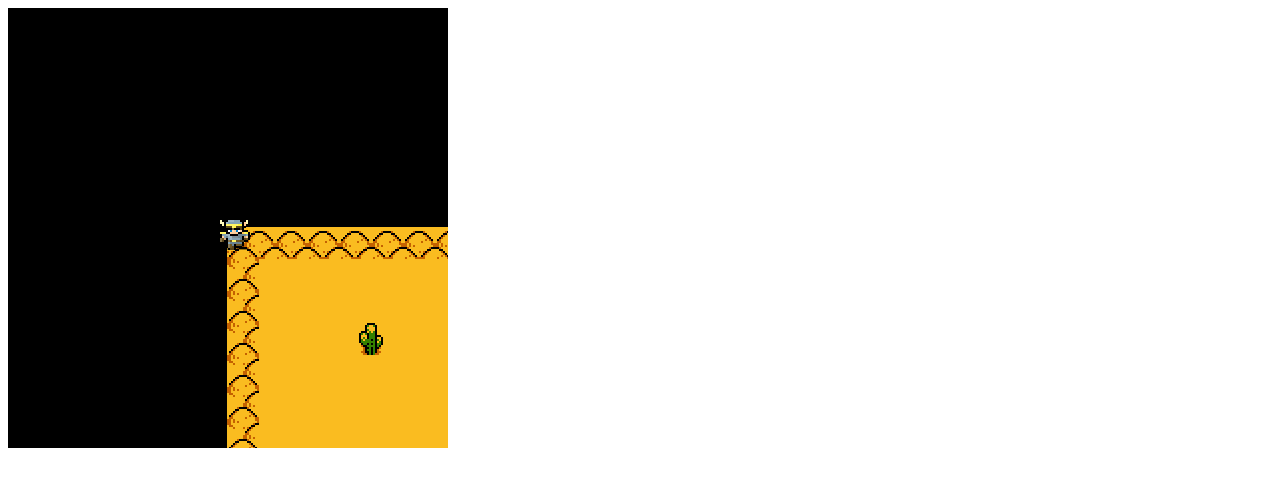
Repository: chriswickett/western
Page: index.html
The author's editor kept a record of every edit. The page is drawn from the files as they stood at one moment, then again after the next edit.
The browser window is 1280 px wide. The pictures show the whole page.
After loading, the first visible `#game` was clicked once.

Above is the page before.

### index.html
<!DOCTYPE>
<html>
  <head>
    <title>Wickett RPG Game v1</title>
  </head>
  <body>
    <canvas id='game' width='440' height='440'></canvas>
    <script src='helpers/helpers.js'></script>
    <script src="player.js"></script>
    <script src='level1.js'></script>
    <script src="map.js"></script>
    <script src='game.js'></script>
  </body>
</html>

### helpers/helpers.js
// Check is a point (with an X and Y value) is in a polygon
var isPointInPoly = function (poly, point){
  for(var c = false, i = -1, l = poly.length, j = l - 1; ++i < l; j = i)
    ((poly[i].y <= point.y && point.y < poly[j].y) || (poly[j].y <= point.y && point.y < poly[i].y))
    && (point.x < (poly[j].x - poly[i].x) * (point.y - poly[i].y) / (poly[j].y - poly[i].y) + poly[i].x)
    && (c = !c);
  return c;
}

// Calculate the distance between any two objects
var distanceBetween = function(a, b) {
  var xDist = Math.abs(a.x - b.x);
  var yDist = Math.abs(a.y - b.y);
  return Math.sqrt(xDist * xDist + yDist * yDist);
};

// Handy area transition function. Everything that happens when you change areas happens in here.
var travelTo = function(targetArea, direction) {
   target.active = false;
   currentArea = targetArea;
   player.x = currentArea.startpoints[direction].x;
   player.y = currentArea.startpoints[direction].y;
   camera.reset();
}

### player.js
var playerImage = new Image();
var playerReady = false;

playerImage.onload = function() {
  playerReady = true;
};

playerImage.src = "images/hero.png";

var player = {
  x: null,
  y: null,
  width: 20,
  height: 20,
  color: "blue",
  speed: 2,
  vector: null
};

### level1.js
var level1 = {"objects":[
  {
   "height":0,
   "name":"",
   "polygon":[
          {
           "x":0,
           "y":0
          },
          {
           "x":16,
           "y":16
          },
          {
           "x":33,
           "y":-4
          },
          {
           "x":46,
           "y":14
          },
          {
           "x":66,
           "y":-4
          },
          {
           "x":82,
           "y":18
          },
          {
           "x":98,
           "y":-4
          },
          {
           "x":108,
           "y":12
          },
          {
           "x":119,
           "y":13
          },
          {
           "x":126,
           "y":37
          },
          {
           "x":112,
           "y":49
          },
          {
           "x":95,
           "y":62
          },
          {
           "x":69,
           "y":93
          },
          {
           "x":48,
           "y":88
          },
          {
           "x":29,
           "y":93
          },
          {
           "x":13,
           "y":84
          },
          {
           "x":1,
           "y":95
          },
          {
           "x":-14,
           "y":92
          },
          {
           "x":-16,
           "y":76
          },
          {
           "x":-30,
           "y":75
          },
          {
           "x":-30,
           "y":58
          },
          {
           "x":-12,
           "y":48
          },
          {
           "x":-34,
           "y":36
          },
          {
           "x":-25,
           "y":21
          }],
   "properties":
      {

      },
   "rotation":0,
   "type":"",
   "visible":true,
   "width":0,
   "x":194,
   "y":354
  },
  {
   "height":0,
   "name":"",
   "polygon":[
          {
           "x":0,
           "y":0
          },
          {
           "x":18,
           "y":-5
          },
          {
           "x":18,
           "y":24
          },
          {
           "x":-2,
           "y":26
          }],
   "properties":
      {

      },
   "rotation":0,
   "type":"",
   "visible":true,
   "width":0,
   "x":199,
   "y":70
  },
  {
   "height":0,
   "name":"",
   "polygon":[
          {
           "x":0,
           "y":0
          },
          {
           "x":15,
           "y":11
          },
          {
           "x":15,
           "y":30
          },
          {
           "x":-12,
           "y":30
          },
          {
           "x":-12,
           "y":13
          }],
   "properties":
      {

      },
   "rotation":0,
   "type":"",
   "visible":true,
   "width":0,
   "x":334,
   "y":32
  },
  {
   "height":0,
   "name":"",
   "polygon":[
          {
           "x":0,
           "y":0
          },
          {
           "x":8,
           "y":8
          },
          {
           "x":8,
           "y":31
          },
          {
           "x":-13,
           "y":31
          },
          {
           "x":-13,
           "y":13
          }],
   "properties":
      {

      },
   "rotation":0,
   "type":"",
   "visible":true,
   "width":0,
   "x":431,
   "y":128
  },
  {
   "height":0,
   "name":"",
   "polygon":[
          {
           "x":0,
           "y":0
          },
          {
           "x":42,
           "y":34
          },
          {
           "x":44,
           "y":63
          },
          {
           "x":17,
           "y":61
          },
          {
           "x":17,
           "y":31
          },
          {
           "x":-13,
           "y":29
          },
          {
           "x":-14,
           "y":9
          }],
   "properties":
      {

      },
   "rotation":0,
   "type":"",
   "visible":true,
   "width":0,
   "x":531,
   "y":193
  },
  {
   "height":0,
   "name":"",
   "polygon":[
          {
           "x":0,
           "y":0
          },
          {
           "x":26,
           "y":-8
          },
          {
           "x":33,
           "y":0
          },
          {
           "x":31,
           "y":20
          },
          {
           "x":10,
           "y":24
          },
          {
           "x":3,
           "y":24
          }],
   "properties":
      {

      },
   "rotation":0,
   "type":"",
   "visible":true,
   "width":0,
   "x":607,
   "y":326
  }]
}

### map.js
var map = {
  x: 0,
  y: 0,
  noTread: level1,
  image: new Image(),
  ready: false,
 polygons: []
}

map.image.onload = function() {
  map.ready = true;
  player.x = 100;
  player.y = 100;
};

map.image.src = "images/level1.png";

for (i in  map.noTread.objects) {
  var object =  map.noTread.objects[i];
  var newPolygon = [];

  for (i in object.polygon) {
    var coordinates = object.polygon[i];
    newPolygon.push({
      x: coordinates.x + object.x,
      y: coordinates.y + object.y
    });
  };

  map.polygons.push(newPolygon);
}

### game.js
var canvas = document.getElementById("game");
var ctx = canvas.getContext("2d");

// Target cursor

var target = {
  x: player.x,
  y: player.y,
  color: "black",
  width:  10,
  height: 10,
  active: false
}

var camera = {
  x: 0,
  y: 0
}

canvas.addEventListener("click", function(click) {

  var click = {
    x: click.layerX,
    y: click.layerY
  }

  // Set target
  target.x = click.x
  target.y = click.y
  target.active = true;
  player.vector = {};
  player.vector.x = player.x - target.x;
  player.vector.y = player.y - target.y;
  player.vector.speed = player.speed / distanceBetween(target, player);

});

var update = function() {

  if (target.active) {
    var xDiff = Math.abs(player.x - target.x);
    var yDiff = Math.abs(player.y - target.y);
    if (xDiff > player.speed || yDiff > player.speed ) { // If player needs to move, update player X and Y
      var newXY = {
        x: player.x - player.vector.x * player.vector.speed,
        y: player.y - player.vector.y * player.vector.speed
      }
    } else {
      target.active = false;
    }

    if (newXY != null) {
      var canMove = true;
      for (i in map.polygons) {
        var polygon = map.polygons[i];
        if (isPointInPoly(polygon, newXY)) {
          canMove = false;
          break;
        }
      }

      if (canMove) {
        player.x = newXY.x;
        player.y = newXY.y;
      } else {
        target.active = false;
      }
    }

  }
  camera.x = player.x - canvas.width / 2;
  camera.y = player.y - canvas.height / 2;

};

// Render loop.
var render = function () {

  ctx.clearRect(0, 0, canvas.width, canvas.height);
  ctx.fillStyle = "black";
  ctx.fillRect(0, 0, canvas.width, canvas.height);
  // Draw background
  if (map.ready) {
    ctx.drawImage(map.image, map.x - camera.x, map.y - camera.y);
  }
  // Draw target
  if (target.active) {
    ctx.fillStyle = target.color;
    ctx.fillRect(target.x - target.width / 2 - camera.x, target.y - target.height / 2 - camera.y, target.width, target.height);
  }

  // Draw player
  if (playerReady) {
    ctx.drawImage(playerImage, (player.x - player.width / 2) - camera.x, (player.y - player.height / 2) - camera.y );
  }
}

var gameLoop = function() {
  update();
  render();
  requestAnimationFrame(gameLoop);
}

gameLoop();

After the next edit:
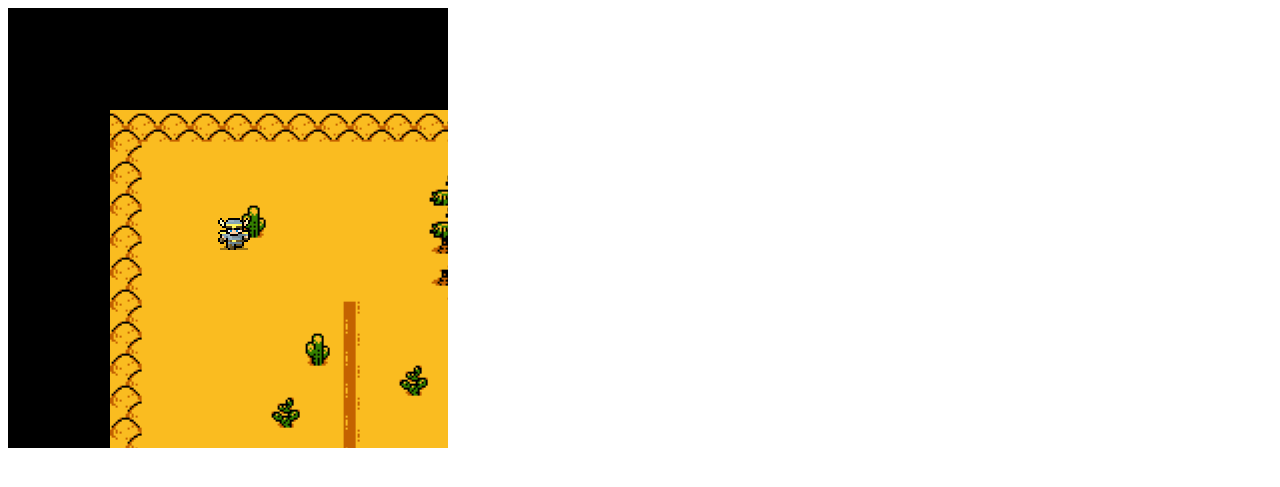
The edit:
--- a/game.js
+++ b/game.js
@@ -20,8 +20,8 @@
 canvas.addEventListener("click", function(click) {
 
   var click = {
-    x: click.layerX,
-    y: click.layerY
+    x: click.layerX - camera.x,
+    y: click.layerY - camera.y
   }
 
   // Set target
